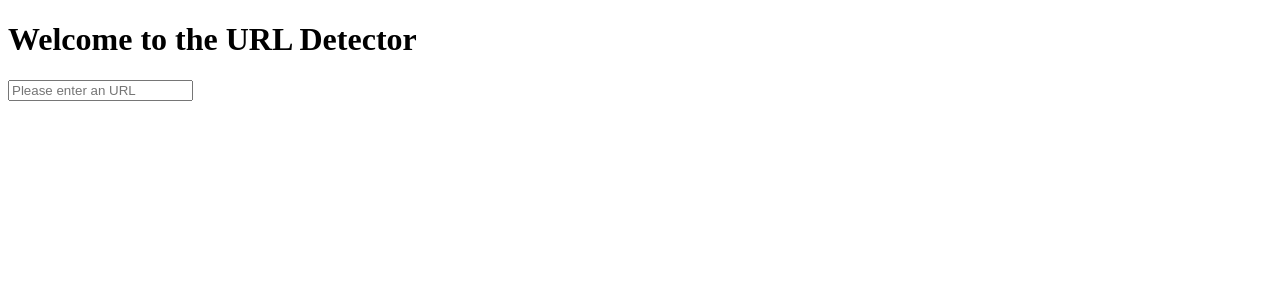
Repository: comendrun/starting-project
Page: src/main/resources/static/index.html
These files come from the project's save history. The page is drawn as it stood at one moment and after the next save; the edit follows.
The browser window is 1280 px wide. The pictures show the whole page.

Above is the page before, as saved 2022-10-20 11:45:24.

### src/main/resources/static/index.html
<!DOCTYPE html>
<html lang="en">
  <head>
    <meta charset="UTF-8" />
    <meta http-equiv="X-UA-Compatible" content="IE=edge" />
    <meta name="viewport" content="width=device-width, initial-scale=1.0" />

    <link rel="stylesheet" href="./index.css" />

    <title>Document</title>
  </head>
  <body class="w-[100vw] min-h-[100vh]">
    <div class="w-full flex flex-col">
      <h1 class="text-center mx-auto">Welcome to the URL Detector</h1>
      <label>
<span class="text-blue-500"></span>
          <input type="text" placeholder="Please enter an URL" />
        </label>
    </div>
  </body>

  <script></script>
</html>

Loaded but not shown: src/main/resources/static/index.css (common file)

After the next save:
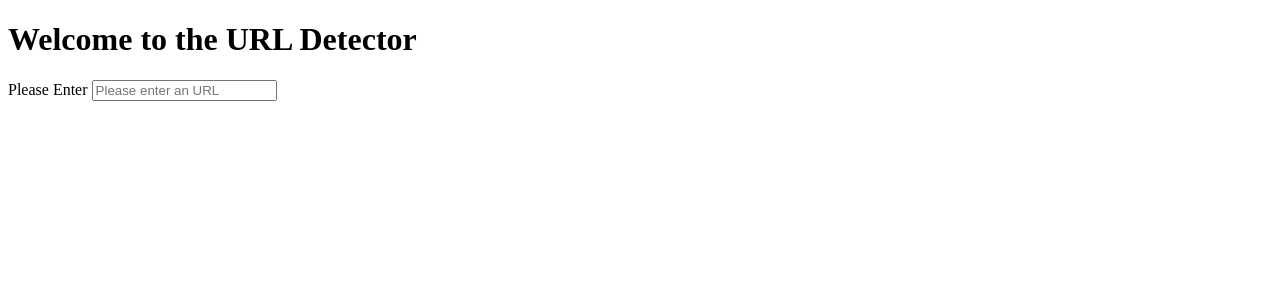
Saved 5 s later.
--- a/src/main/resources/static/index.html
+++ b/src/main/resources/static/index.html
@@ -13,7 +13,7 @@
     <div class="w-full flex flex-col">
       <h1 class="text-center mx-auto">Welcome to the URL Detector</h1>
       <label>
-<span class="text-blue-500"></span>
+<span class="text-blue-500">Please Enter</span>
           <input type="text" placeholder="Please enter an URL" />
         </label>
     </div>
